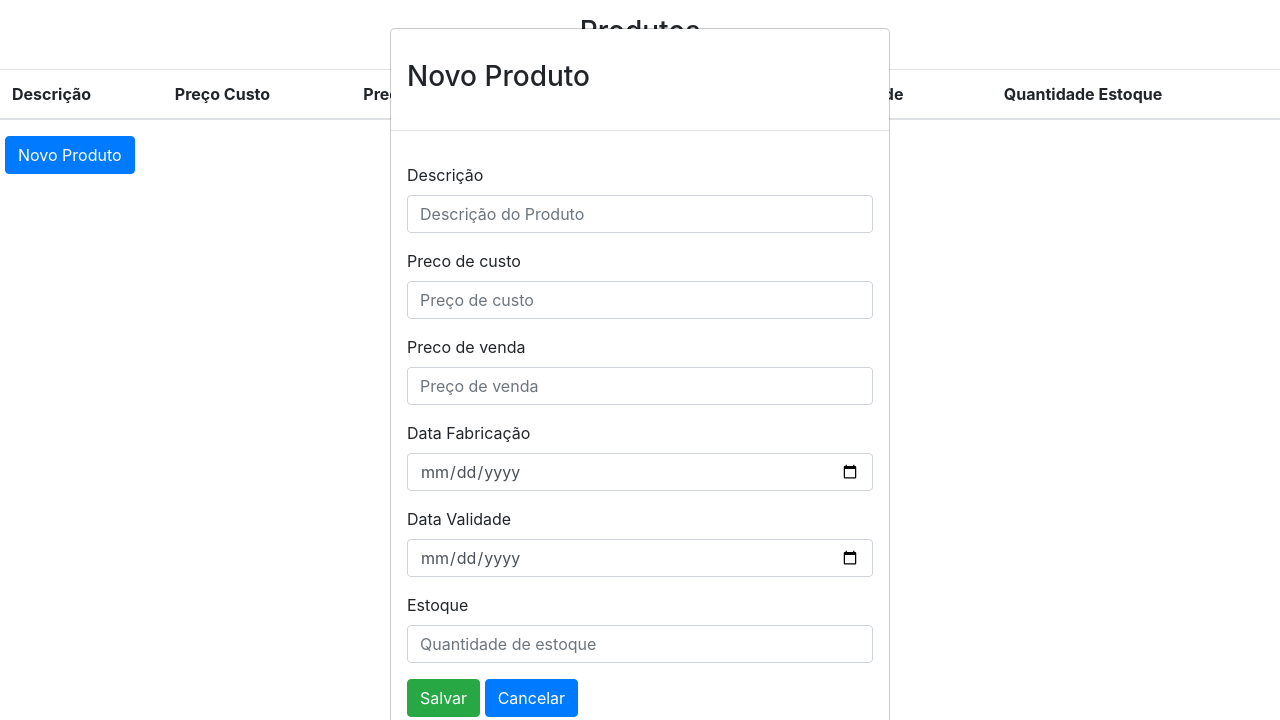
Repository: thuliobarbosa/CRUD_GoogleCloud
Page: Projeto_Crud/Project_crud/WebContent/index.html
These files come from the project's save history. The page is drawn as it stood at one moment and after the next save; the edit follows.
The browser window is 1280 px wide. The pictures show the whole page.

Above is the page before, as saved 2020-11-27 13:23:55.

After the next save:
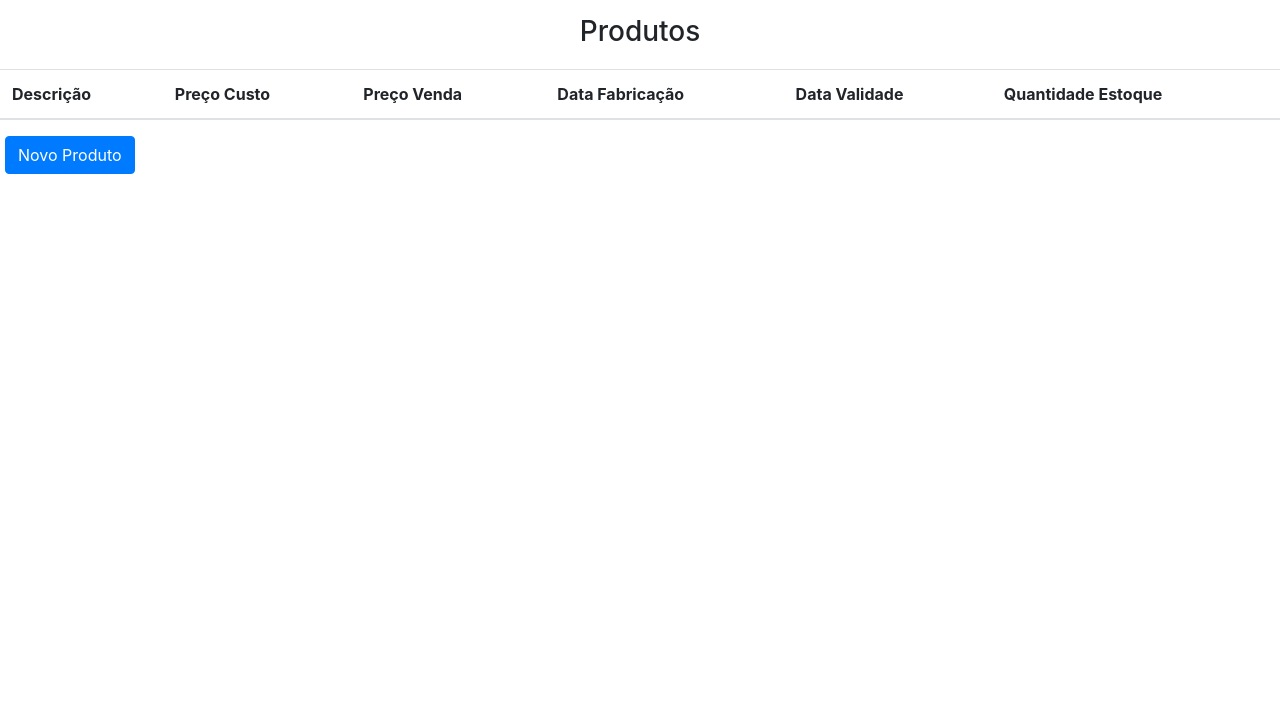
Saved 22 s later.
--- a/Projeto_Crud/Project_crud/WebContent/index.html
+++ b/Projeto_Crud/Project_crud/WebContent/index.html
@@ -48,7 +48,7 @@
 
         <button type="button" class="btn btn-primary btn-novo" id="btnNovoProduto">Novo Produto</button>
 
-        <div class="modal" tabindex="-1" role="dialog" id="ModalFormProduto" style="display: block;">
+        <div class="modal" tabindex="-1" role="dialog" id="ModalFormProduto" style="display: none;">
             <div class="modal-dialog" role="document">
                 <div class="modal-content">
                     <div class="modal-header">
